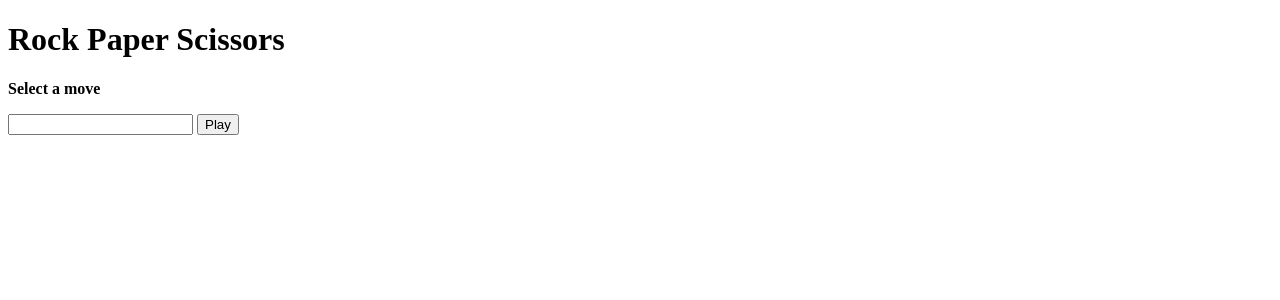
Repository: anmho/rock-paper-scissors
Page: index.html
An editor plug-in stored every save of this project. The page is shown before and after a run of saves, followed by the edit.
The browser window is 1280 px wide. The pictures show the whole page.

Above is the page before, as saved 2021-10-26 22:47:19.

### index.html
<!DOCTYPE html>
<html lang="en">
  <head>
    <meta charset="UTF-8" />
    <meta http-equiv="X-UA-Compatible" content="IE=edge" />
    <meta name="viewport" content="width=device-width, initial-scale=1.0" />
    <title>Rock Paper Scissors</title>
  </head>
  <body>
    <h1>Rock Paper Scissors</h1>
    <form id="game">
      <p style="font-weight: bold">Select a move</p>
      <input type="text" id="enterMove" />
      <button type="button" id="playButton">Play</button>
    </form>
    <div id="results">

    </div>
  </body>
</html>

<script src="app.js"></script>

### app.js
const moves = {
  0: "rock",
  1: "paper",
  2: "scissor",
}

function getPlayerMove() {
  const playerMove = document.getElementById('enterMove').value.toLowerCase();

  if (playerMove == "")
    alert("Name must be filled out");
  else if (!Object.values(moves).includes(playerMove))
    alert("Sorry that isn't a valid move");
  else {
    return playerMove;
  }
}

let winConditions = {
  "rock": "scissors",
  "paper": "rock",
  "scissors": "paper",
}

function computerPlay() {
  const move = Math.floor(Math.random() * 3); // generate random number from 1-3
  return moves[move]; // return rock, paper or scissors
}

function playRound() {
  let playerMove = getPlayerMove();
  let computerMove = computerPlay();
  console.log(playerMove, computerMove);

  const gameResult = document.createElement('p');
  gameResult.innerHTML = `You: ${playerMove} CPU: ${computerMove}`;
  document.getElementById('game').appendChild(gameResult);

  if (winConditions[playerMove] === computerMove)
    alert('You win');
  else if (playerMove === computerMove)
    alert('You tied');
  else
    alert('You lose');
}

document.getElementById('playButton').addEventListener('click', playRound);

After the next 2 saves:
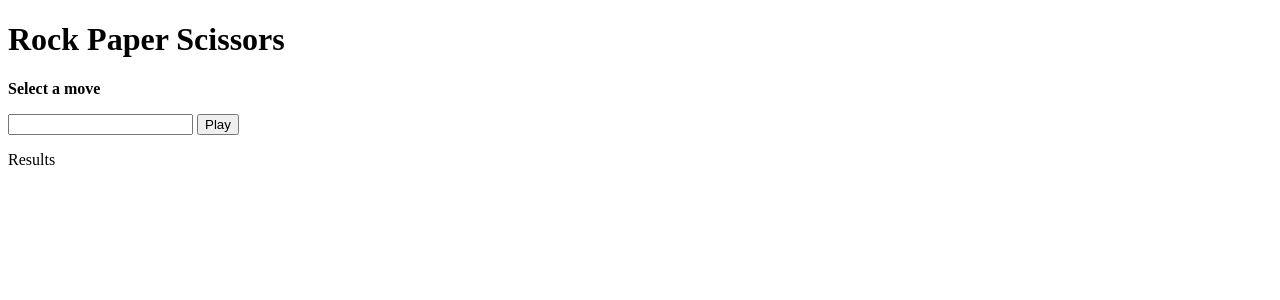
The 2 saves are shown as one change because they came seconds apart.
The last was saved 8 s later.
--- a/index.html
+++ b/index.html
@@ -14,7 +14,7 @@
       <button type="button" id="playButton">Play</button>
     </form>
     <div id="results">
-
+      <p>Results</p>
     </div>
   </body>
 </html>
